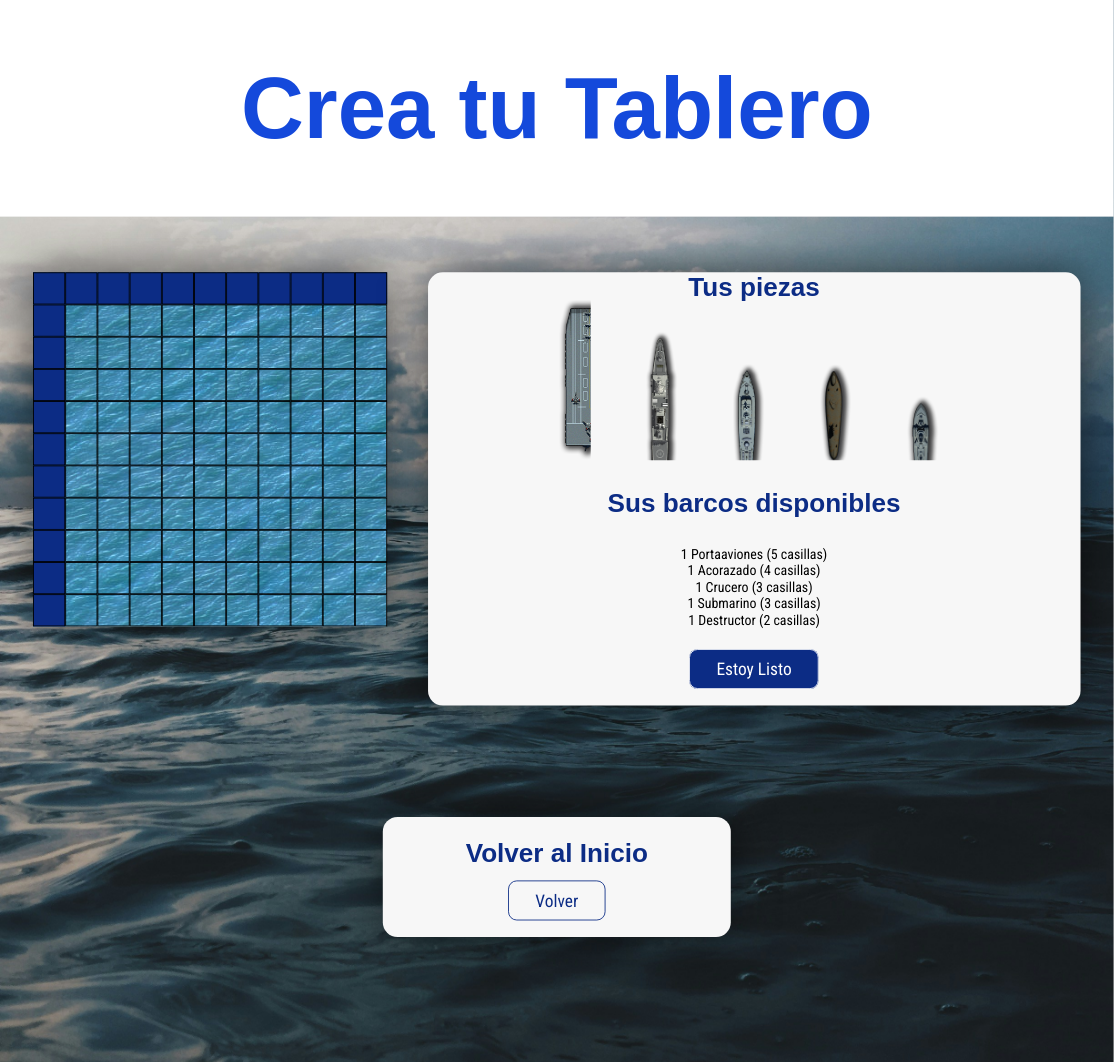
Repository: alfredorndon/taller-web-grupal
Page: client/tablero-barcos.html
The author's editor kept a copy of each file at every save. The page is drawn from the files as they stood at one save, then again after the next save.
The browser window is 1280 px wide. The pictures show the whole page, at 87% of full size.
Some web fonts or font styles are not loaded; a fallback is used.

Above is the page before, as saved 2024-12-11 16:19:57.

After the next save:
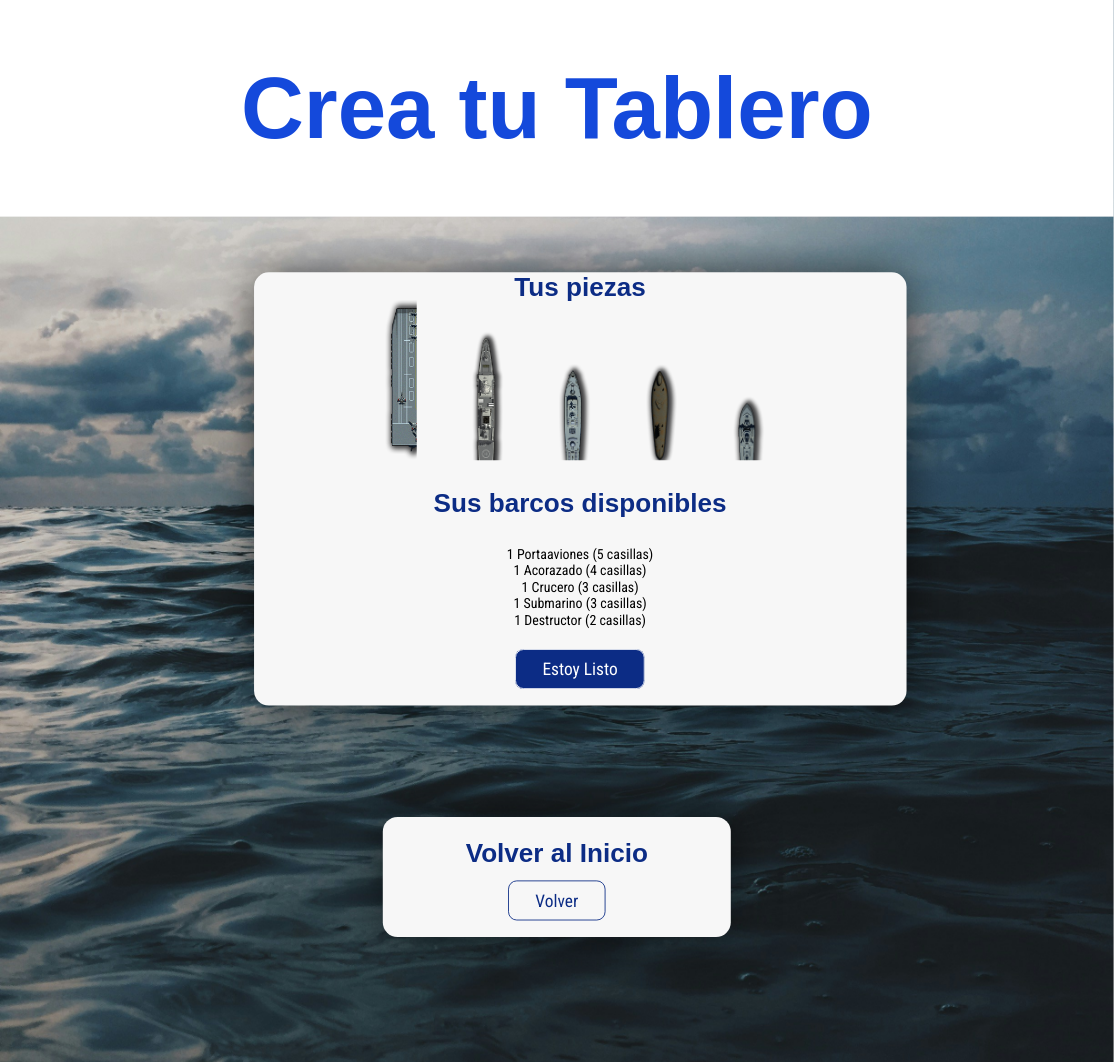
Saved 1 s later.
--- a/client/script/script.js
+++ b/client/script/script.js
@@ -7,7 +7,8 @@ function crearTablero ()
 {
     for (let j=1; j<=jugadores; j++)
     {
-        let tablero = document.getElementById('tabla-p'+j);
+        let tablero = document.createElement('div');
+        tablero.setAttribute('class', 'tabla-p'+j);
         for (let i=0; i<=columnas; i++)
         {
             let header = document.createElement('div');
@@ -30,6 +31,7 @@ function crearTablero ()
                 }
             }
         }
+
     }
 }
 
